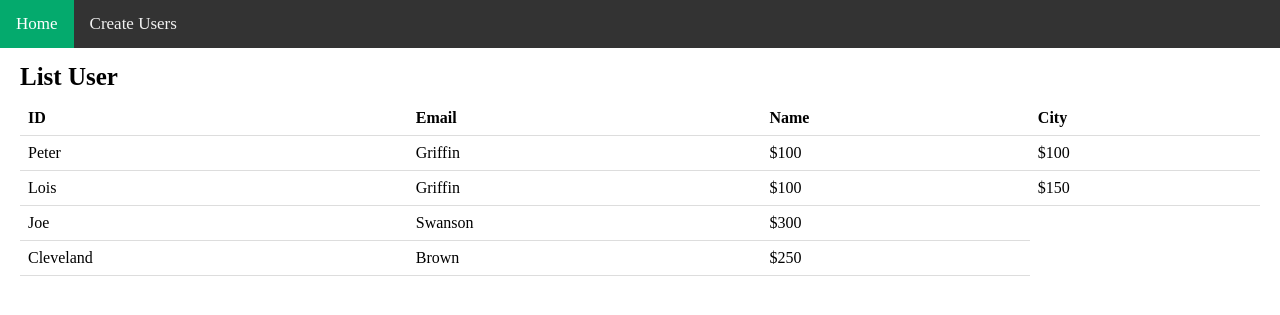
Repository: Ducbii4202/backend-Nodejs
Page: src/views/home.ejs
An editor plug-in stored every save of this project. The page is shown before and after the next save, followed by the edit.
The browser window is 1280 px wide. The pictures show the whole page.
The page is served by the project's Node server (server.js). The template is opened directly, without the code that normally fills it, so the values that code supplies are empty.

Above is the page before, as saved 2024-07-02 00:24:38.

### src/views/home.ejs
<html lang="en">

<head>
  <meta charset="UTF-8">
  <meta name="viewport" content="width=device-width, initial-scale=1.0">
  <title>Home Page</title>
  <link rel="stylesheet" href="/css/styles.css" />

</head>


<body>
  <div class="topnav">
    <a class="active" href="/">Home</a>
    <a href="/create">Create Users</a>
  </div>
  <div class="table-container">
    <div class="title">List User</div>
    <table>
      <tr>
        <th>ID</th>
        <th>Email</th>
        <th>Name</th>
        <th>City</th>
      </tr>
      <tr>
        <td>Peter</td>
        <td>Griffin</td>
        <td>$100</td>
        <td>$100</td>
      </tr>
      <tr>
        <td>Lois</td>
        <td>Griffin</td>
        <td>$100</td>
        <td>$150</td>
      </tr>
      <tr>
        <td>Joe</td>
        <td>Swanson</td>
        <td>$300</td>
      </tr>
      <tr>
        <td>Cleveland</td>
        <td>Brown</td>
        <td>$250</td>
      </tr>
    </table>
  </div>

</body>

</html>

### server.js
const express = require("express");
const app = express();
const port = 8080;

app.set("views", "./src/views");
app.set("view engine", "ejs");

app.get("/", (req, res) => {
  res.send("Hello World!");
});

app.get("/abc", (req, res) => {
  res.send("Hello ABC!");
});

app.listen(port, () => {
  console.log(`Example app listening on port ${port}`);
});

### src/public/css/styles.css
.hoidanit{
    width: 500px;
}

/*reset padding and margin*/
*{
    margin: 0;
    padding: 0;
}

/* Add a black background color to the top navigation */
.topnav {
  background-color: #333;
  overflow: hidden;
}

/* Style the links inside the navigation bar */
.topnav a {
  float: left;
  color: #f2f2f2;
  text-align: center;
  padding: 14px 16px;
  text-decoration: none;
  font-size: 17px;
}

/* Change the color of links on hover */
.topnav a:hover {
  background-color: #ddd;
  color: black;
}

/* Add a color to the active/current link */
.topnav a.active {
  background-color: #04AA6D;
  color: white;
}
legend {
  padding: 10px;
  margin: 15 20px;
  text-align: center;
   border: 2px solid black;
   border-radius: 8px;
}

.form-add-new{
    width: 500px;
    margin: 0 auto;
    padding-top: 100px;
}
.input-group{
    padding: 10px
}

button{
    margin: 10px;
    cursor: po;
}
 .table-container {
    padding: 15px 20px
  }

  .title {
    font-size: 25px;
    font-weight: 600;
    padding-bottom: 10px;
  }

  table {
    border-collapse: collapse;
    width: 100%;
  }

  th,
  td {
    padding: 8px;
    text-align: left;
    border-bottom: 1px solid #ddd;
  }

  tr:hover {
    background-color: rgb(211, 187, 243);
  }

After the next save:
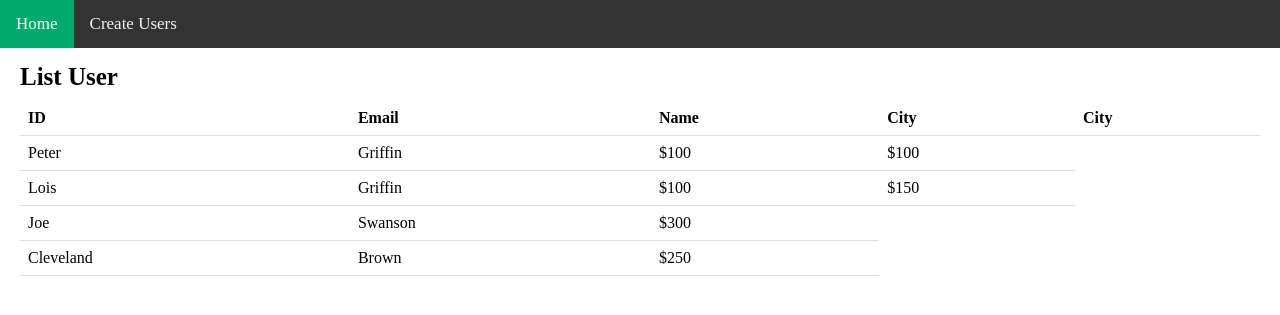
Saved 16 h 11 min later.
--- a/src/views/home.ejs
+++ b/src/views/home.ejs
@@ -21,6 +21,7 @@
         <th>ID</th>
         <th>Email</th>
         <th>Name</th>
+        <th>City</th>
         <th>City</th>
       </tr>
       <tr>
